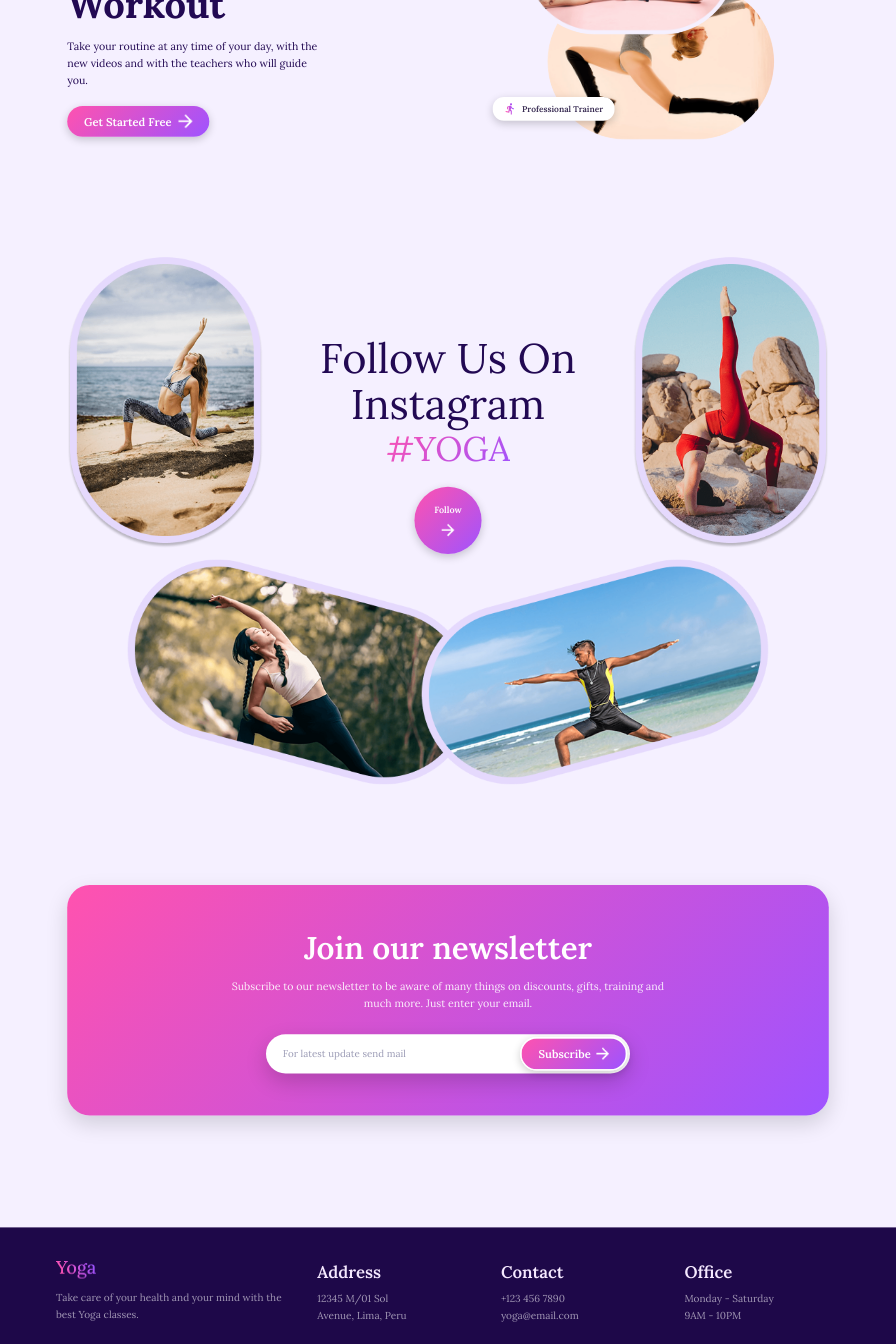
Repository: EunsuhJeon/responsive-yoga-website
Page: index.html
The author's editor kept a copy of each file at every save. The page is drawn from the files as they stood at one save, then again after the next save.
The browser window is 1280 px wide. The pictures show the part of the page from y = 1408 to 3328 px (the page is 3425 px tall), at 70% of full size.

Above is the page before, as saved 2025-11-27 00:58:47.

After the next save:
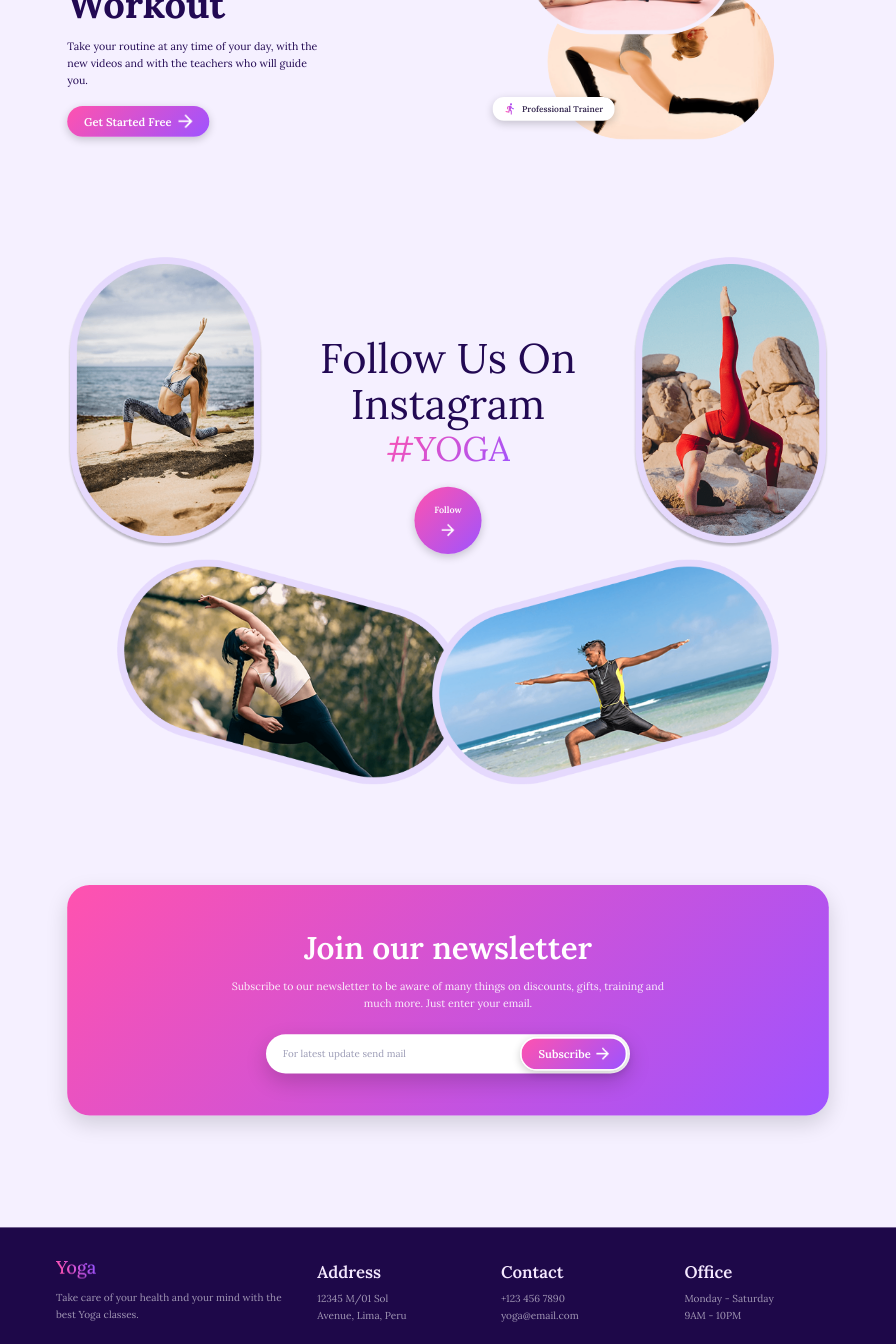
Saved 105 s later.
--- a/main.css
+++ b/main.css
@@ -669,11 +669,11 @@ header a{
 }
 
 .seccion-5-img-bl {
-  transform: scale(1.25) translateX(32px);
+  transform: scale(1.25) translateX(20px);
 }
 
 .seccion-5-img-br {
-  transform: scale(1.25) translateX(-32px);
+  transform: scale(1.25) translateX(-20px);
 }
 
 
